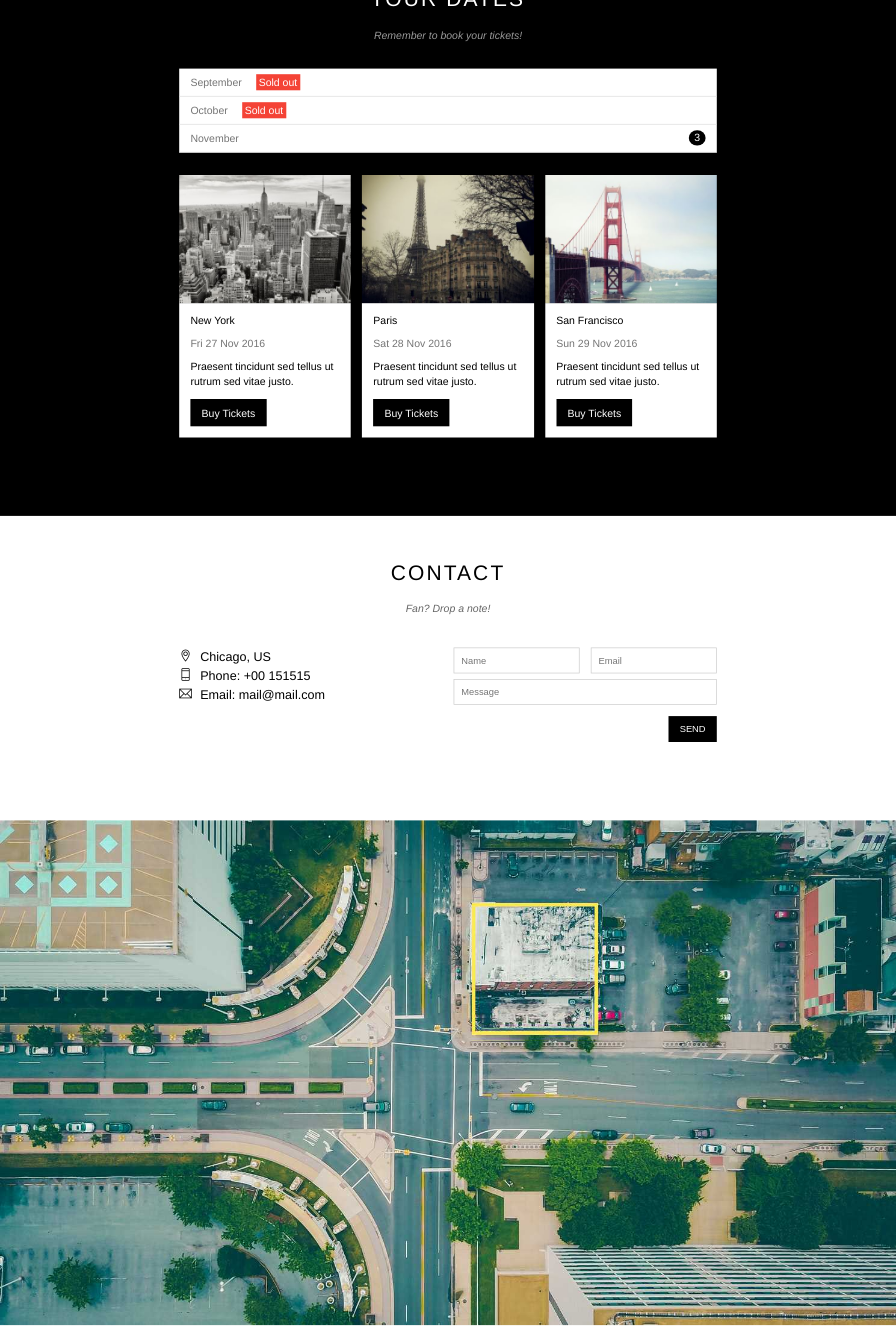
Repository: qhoa25623/The-Band
Page: index.html
An editor plug-in stored every save of this project. The page is shown before and after the next save, followed by the edit.
The browser window is 1280 px wide. The pictures show the part of the page from y = 1430 to 3350 px (the page is 3516 px tall before and 4585 px after), at 70% of full size.

Above is the page before, as saved 2022-05-06 23:33:36.

### index.html
<!DOCTYPE html>
<html lang="en">
  <head>
    <meta charset="UTF-8" />
    <meta http-equiv="X-UA-Compatible" content="IE=edge" />
    <meta name="viewport" content="width=device-width, initial-scale=1.0" />
    <title>The Band</title>
    <link rel="stylesheet" href="./assets/css/styles.css" />
    <link rel="stylesheet" href="./assets/css/responsive.css" />
    <link
      rel="stylesheet"
      href="./assets/fonts/themify-icons/themify-icons.css"
    />
  </head>
  <body>
    <div id="main">
      <div id="header">
        <ul id="nav">
          <li><a href="#">Home</a></li>
          <li><a href="#band">Band</a></li>
          <li><a href="#tour">Tour</a></li>
          <li><a href="#contact">Contact</a></li>
          <li>
            <a href="#">
              More
              <i class="nav-arrow-down ti-angle-down"></i>
            </a>
            <ul class="subnav">
              <li><a href="#">Merchandise</a></li>
              <li><a href="#">Extras</a></li>
              <li><a href="#">Media</a></li>
            </ul>
          </li>
        </ul>
        <div class="search-btn">
          <i class="search-icon ti-search"></i>
        </div>

        <div id="mobile-menu" class="mobile-menu-btn">
          <i class="menu-icon ti-menu"></i>
        </div>
      </div>
      <div id="slider">
        <div class="text-content">
          <h2 class="text-heading">Chicago</h2>
          <div class="text-description">
            Thank you, Chicago - A night we won't forget
          </div>
        </div>
      </div>
      <div id="content">
        <!-- About section-->
        <div id="band" class="content-section">
          <h2 class="section-heading">THE BAND</h2>
          <p class="section-sub-heading">We love music</p>
          <p class="about-text">
            We have created a fictional band website. Lorem ipsum dolor sit
            amet, consectetur adipiscing elit, sed do eiusmod tempor incididunt
            ut labore et dolore magna aliqua. Ut enim ad minim veniam, quis
            nostrud exercitation ullamco laboris nisi ut aliquip ex ea commodo
            consequat. Duis aute irure dolor in reprehenderit in voluptate velit
            esse cillum dolore eu fugiat nulla pariatur. Excepteur sint occaecat
            cupidatat non proident, sunt in culpa qui officia deserunt mollit
            anim id est laborum consectetur adipiscing elit, sed do eiusmod
            tempor incididunt ut labore et dolore magna aliqua. Ut enim ad minim
            veniam, quis nostrud exercitation ullamco laboris nisi ut aliquip ex
            ea commodo consequat.
          </p>
          <div class="row member-list">
            <div class="member-item col col-third text-center">
              <p class="member-name">Name</p>
              <img
                src="./assets/img/band/member1.jpg"
                alt="Name"
                class="member-img"
              />
            </div>
            <div class="member-item col col-third text-center">
              <p class="member-name">Name</p>
              <img
                src="./assets/img/band/member1.jpg"
                alt="Name"
                class="member-img"
              />
            </div>
            <div class="member-item col col-third text-center">
              <p class="member-name">Name</p>
              <img
                src="./assets/img/band/member1.jpg"
                alt="Name"
                class="member-img"
              />
            </div>
          </div>
        </div>

        <!-- Tour section-->
        <div id="tour" class="tour-section">
          <div class="content-section">
            <h2 class="section-heading text-white">TOUR DATES</h2>
            <p class="section-sub-heading text-white">
              Remember to book your tickets!
            </p>
            <ul class="tickets-list">
              <li>September <span class="sold-out">Sold out</span></li>
              <li>October <span class="sold-out">Sold out</span></li>
              <li>November <span class="quantity">3</span></li>
            </ul>
            <!-- Places-->
            <div class="row places-list">
              <div class="col col-third mt-16">
                <img
                  src="./assets/img/places/place1.jpg"
                  alt="New York"
                  class="place-img"
                />
                <div class="place-body">
                  <h3 class="place-heading">New York</h3>
                  <p class="place-time">Fri 27 Nov 2016</p>
                  <p class="place-desc">
                    Praesent tincidunt sed tellus ut rutrum sed vitae justo.
                  </p>
                  <a href="#" class="btn">Buy Tickets</a>
                </div>
              </div>

              <div class="col col-third mt-16">
                <img
                  src="./assets/img/places/place2.jpg"
                  alt="New York"
                  class="place-img"
                />
                <div class="place-body">
                  <h3 class="place-heading">Paris</h3>
                  <p class="place-time">Sat 28 Nov 2016</p>
                  <p class="place-desc">
                    Praesent tincidunt sed tellus ut rutrum sed vitae justo.
                  </p>
                  <a href="#" class="btn">Buy Tickets</a>
                </div>
              </div>

              <div class="col col-third mt-16">
                <img
                  src="./assets/img/places/place3.jpg"
                  alt="New York"
                  class="place-img"
                />
                <div class="place-body">
                  <h3 class="place-heading">San Francisco</h3>
                  <p class="place-time">Sun 29 Nov 2016</p>
                  <p class="place-desc">
                    Praesent tincidunt sed tellus ut rutrum sed vitae justo.
                  </p>
                  <a href="#" class="btn">Buy Tickets</a>
                </div>
              </div>
            </div>
          </div>
        </div>

        <!-- Begin: Contact section-->
        <div id="contact" class="content-section">
          <h2 class="section-heading">CONTACT</h2>
          <p class="section-sub-heading">Fan? Drop a note!</p>
          <div class="row contact-content">
            <div class="col col-half contact-info">
              <p><i class="ti-location-pin"></i>Chicago, US</p>
              <p><i class="ti-mobile"></i>Phone: +00 151515</p>
              <p><i class="ti-email"></i>Email: mail@mail.com</p>
            </div>
            <div class="col col-half contact-form">
              <form action="">
                <div class="row">
                  <div class="col col-half">
                    <input
                      type="text"
                      name=""
                      placeholder="Name"
                      required
                      id=""
                      class="form-control"
                    />
                  </div>
                  <div class="col col-half">
                    <input
                      type="email"
                      name=""
                      placeholder="Email"
                      required
                      id=""
                      class="form-control"
                    />
                  </div>
                </div>
                <div class="row mt-8">
                  <div class="col col-full">
                    <input
                      type="text"
                      name=""
                      placeholder="Message"
                      required
                      id=""
                      class="form-control"
                    />
                  </div>
                </div>
                <input
                  class="btn pull-right mt-16"
                  type="submit"
                  value="SEND"
                />
              </form>
            </div>
          </div>
        </div>
        <!-- End: Contact section-->
        <div class="map-section">
          <img src="./assets/img/map.jpg" alt="Map" />
        </div>
      </div>
      <div id="footer">
        <div class="socials-list">
          <a href=""><i class="ti-facebook"></i></a>
          <a href=""><i class="ti-instagram"></i></a>
          <a href=""><i class="ti-youtube"></i></a>
          <a href=""><i class="ti-pinterest"></i></a>
          <a href=""><i class="ti-twitter"></i></a>
          <a href=""><i class="ti-linkedin"></i></a>
        </div>
        <p class="copyright">Powered by <a href="">w3.css</a></p>
      </div>
    </div>
    <div class="modal">
      <div class="modal-container">
        <div class="modal-close">
          <i class="ti-close"></i>
        </div>
        <header class="modal-header">
          <i class="modal-heading-icon ti-bag"></i>
          Tickets
        </header>
        <div class="modal-body">
          <label for="ticket-quantity" class="modal-label">
            <i class="ti-shopping-cart"></i>
            Tickets, $15 per person
          </label>
          <input
            id="ticket-quantity"
            type="text"
            class="modal-input"
            placeholder="How many?"
          />

          <label for="ticket-email" class="modal-label">
            <i class="ti-user"> </i>
            Send to
          </label>
          <input id="ticket-emailtype="text" class="modal-input"
          placeholder="Enter email" />

          <button id="buy-tickets">
            Pay
            <i class="ti-check"></i>
          </button>
        </div>
        <footer class="modal-footer">
          <p class="modal-help">Need <a href="">help?</a></p>
        </footer>
      </div>
    </div>
    <script>
      var header = document.getElementById("header");
      var mobileMenu = document.getElementById("mobile-menu");
      var headerHeight = header.clientHeight;

      // Đóng mở Mobile menu
      mobileMenu.onclick = function () {
        var isClosed = header.clientHeight === headerHeight;
        if (isClosed) {
          header.style.height = "auto";
        } else {
          header.style.height = null;
        }
      };

      // Tự động đóng khi chọn Menu
      var menuItems = document.querySelectorAll('#nav li a[href*="#"]');
      for (var i = 0; i < menuItems.length; i++) {
        var menuItem = menuItems[i];

        menuItem.onclick = function (event) {
          var isParentMenu =
            this.nextElementSibling &&
            this.nextElementSibling.classList.contains("subnav");
          if (isParentMenu) {
            event.preventDefault();
          } else {
            header.style.height = null;
          }
        };
      }
    </script>
  </body>
</html>

### assets/css/styles.css
/* Reset CSS */
* {
  padding: 0;
  margin: 0;
  box-sizing: border-box;
}
html {
  scroll-behavior: smooth;
  font-family: Helvetica, Arial, sans-serif;
}
.clear {
  clear: both;
}
.text-white {
  color: #fff !important;
}
.text-center {
  text-align: center !important;
}
.pull-right {
  float: right;
}
.btn {
  color: #fff;
  background-color: #000;
  text-decoration: none;
  display: inline-block;
  margin-top: 15px;
  padding: 11px 16px;
  border: none;
}
.btn:hover {
  cursor: pointer;
  color: #000;
  background-color: #ccc;
}
.mt-8 {
  margin-top: 8px !important;
}
.mt-16 {
  margin-top: 16px !important;
}
.row {
  margin-left: -8px;
  margin-right: -8px;
}
.row::after {
  content: "";
  display: block;
  clear: both;
}
.col {
  padding-left: 8px;
  padding-right: 8px;
  float: left;
}
.col-full {
  width: 100%;
}
.col-half {
  width: 50%;
}
.col-third {
  width: calc(100% / 3);
}
#main {
}
#header {
  position: fixed;
  top: 0;
  left: 0;
  right: 0;
  height: 46.5px;
  background-color: #000;
  z-index: 1;
  overflow: hidden;
}
#nav {
  display: inline-block;
}
#nav,
.subnav {
  list-style-type: none;
}
#nav > li {
  display: inline-block;
}
#nav li {
  position: relative;
}
#nav > li > a {
  color: #fff;
  text-transform: uppercase;
}
#nav li a {
  text-decoration: none;
  line-height: 46.5px;
  padding: 0 24px;
  display: block;
}
#nav li:hover .subnav {
  display: block;
}
#nav > li:hover > a,
#nav .subnav li:hover a {
  color: #000;
  background-color: #ccc;
}
#nav .subnav {
  min-width: 160px;
  top: 100%;
  left: 0;
  display: none;
  position: absolute;
  background-color: #fff;
  box-shadow: 0 0 10px rgba(0, 0, 0, 0.3);
}
#nav .subnav a {
  color: #000;
  padding: 0 16px;
  line-height: 38.5px;
}
#nav .nav-arrow-down {
  font-size: 14px;
}
#header .mobile-menu-btn{
  position:absolute;
  top: 0;
  right: 0;
  display:none;
}
#header .mobile-menu-btn,
#header .search-btn {
  float: right;
  padding: 0 21px;
}
#header .search-btn:hover {
  cursor: pointer;
  background-color: #f44336;
}
#header .mobile-menu-btn:hover {
  background-color: #ccc;
}
#header .mobile-menu-btn:hover .menu-icon {
  color: #000;
}
#header .menu-icon,
#header .search-icon {
  color: #fff;
  font-size: 20px;
  line-height: 46.5px;
}
#slider {
  position: relative;
  margin-top: 46.5px;
  padding-top: 50%;
  background: url("/assets/img/slider/slider1.jpg") top center / cover no-repeat;
}
#slider .text-content {
  position: absolute;
  bottom: 47px;
  color: #fff;
  left: 50%;
  transform: translateX(-50%);
  text-align: center;
}
#slider .text-heading {
  font-weight: 500;
  font-size: 24px;
}
#slider .text-description {
  font-size: 15px;
  margin-top: 25px;
}
#content {
}
#content .content-section {
  width: 800px;
  max-width: 100%;
  padding: 64px 0 112px;
  margin-left: auto;
  margin-right: auto;
  padding-left: 16px;
  padding-right: 16px;
}
#content .section-heading {
  font-weight: 500;
  text-align: center;
  font-size: 30px;
  letter-spacing: 3px;
}
#content .section-sub-heading {
  text-align: center;
  font-size: 15px;
  margin-top: 25px;
  font-style: italic;
  opacity: 0.6;
}
#content .about-text {
  font-size: 15px;
  margin-top: 25px;
  text-align: justify;
  line-height: 1.4;
}
#content .member-list {
  margin-top: 47px;
}
#content .member-name {
  font-size: 15px;
}
#content .member-img {
  margin-top: 15px;
  width: 154px;
  border-radius: 4px;
}

.tour-section {
  background: #000;
}
.tickets-list {
  background-color: #fff;
  list-style: none;
  margin-top: 40px;
}
.tickets-list li {
  color: rgb(117, 117, 117);
  font-size: 15px;
  padding: 11px 16px;
  border-bottom: 1px solid rgb(221, 221, 221);
}
.tickets-list .sold-out {
  color: #ffffff;
  background-color: #f44336;
  padding: 3px 4px;
  margin: 0 0 0 16px;
}
.tickets-list .quantity {
  float: right;
  width: 24px;
  height: 22.5px;
  background-color: #000;
  border-radius: 50%;
  text-align: center;
  color: #fff;
  line-height: 22.5px;
  margin-top: -3px;
}
.places-list {
  margin-top: 16px;
}
.place-img {
  width: 100%;
  display: block;
}
.place-img:hover {
  opacity: 0.6;
}
.place-body {
  background-color: #fff;
  padding: 16px 16px;
  font-size: 15px;
}
.place-heading {
  font-size: 15px;
  font-weight: 550;
}
.place-time {
  margin-top: 15px;
  color: #757575;
}
.place-desc {
  margin-top: 15px;
  line-height: 1.4;
}

.modal {
  position: fixed;
  top: 0;
  right: 0;
  left: 0;
  bottom: 0;
  background: rgba(0, 0, 0, 0.4);
  display: none;
  align-items: center;
  justify-content: center;
}
.modal-container {
  background: #fff;
  width: 900px;
  min-height: 200px;
  position: relative;
  max-width: calc(100%-32px);
}

.modal-header {
  background: #009688;
  height: 130px;
  display: flex;
  align-items: center;
  justify-content: center;
  font-size: 30px;
  color: #fff;
}
.modal-heading-icon {
  margin-right: 16px;
}
.modal-close {
  position: absolute;
  right: 0;
  top: 0;
  color: #fff;
  padding: 16px;
  cursor: pointer;
}
.modal-close:hover {
  color: #000;
  background-color: #ccc;
}
.modal-body {
  padding: 16px;
}
.modal-label {
  display: block;
  margin-bottom: 15px;
}
.modal-input {
  border: 1px solid #ccc;
  width: 100%;
  font-size: 15px;
  padding: 10px;
  margin-bottom: 15px;
}
#buy-tickets {
  background-color: #009688;
  border: none;
  font-size: 15px;
  color: #fff;
  width: 100%;
  text-transform: uppercase;
  padding: 18px;
  cursor: pointer;
}
#buy-tickets:hover {
  color: #000;
  background-color: #ccc;
}
.contact-content {
  margin-top: 48px;
}
.contact-info {
  font-size: 18px;
  line-height: 1.5;
}
.contact-info i[class*="ti-"] {
  display: inline-block;
  width: 30px;
}
.contact-form {
  font-size: 15px;
}
.contact-form .form-control {
  padding: 10px;
  border: 1px solid #ccc;
  width: 100%;
  outline: none;
}
.map-section img {
  width: 100%;
}
.modal-footer {
  padding: 16px;
  text-align: right;
}
.modal-footer a {
  color: #2196f3;
}
#footer {
  padding: 64px 16px;
  text-align: center;
}
#footer .socials-list {
  font-size: 24px;
}
#footer .socials-list a {
  color: rgba(0, 0, 0, 0.6);
  text-decoration: none;
}
#footer .copyright a:hover,
#footer .socials-list a:hover {
  color: rgba(0, 0, 0, 0.4);
}
#footer .copyright {
  margin-top: 15px;
  color: rgba(0, 0, 0, 0.6);
}
#footer .copyright a {
  color: rgba(0, 0, 0, 0.6);
}

### assets/css/responsive.css
/* PC */
@media (min-width: 1024px) {
}

/* Tablet */
@media (min-width: 740px) and (max-width: 1023px) {
}
/* Mobile */
@media (max-width: 739px) {
  #header {
    overflow: hidden;
  }
  #header .mobile-menu-btn {
    display: block;
  }
  #header .search-btn {
    display: none;
  }
  #nav {
    display: block;
  }
  #nav li a {
    padding: 1px 24px;
  }
  #nav > li {
    display: block;
  }
  #nav > li:first-child {
    display: inline-block;
  }
  #nav .subnav {
    position: initial;
    background-color: #333;
  }
  #nav .subnav a {
    color: #fff;
    padding: 5px 41px;
  }
  #content .member-item{
    margin-top:30px;
    width:100%;
  }
  #content .member-img{
    width:60%;
  }
}

Loaded but not shown: assets/fonts/themify-icons/themify-icons.css (common file)

After the next save:
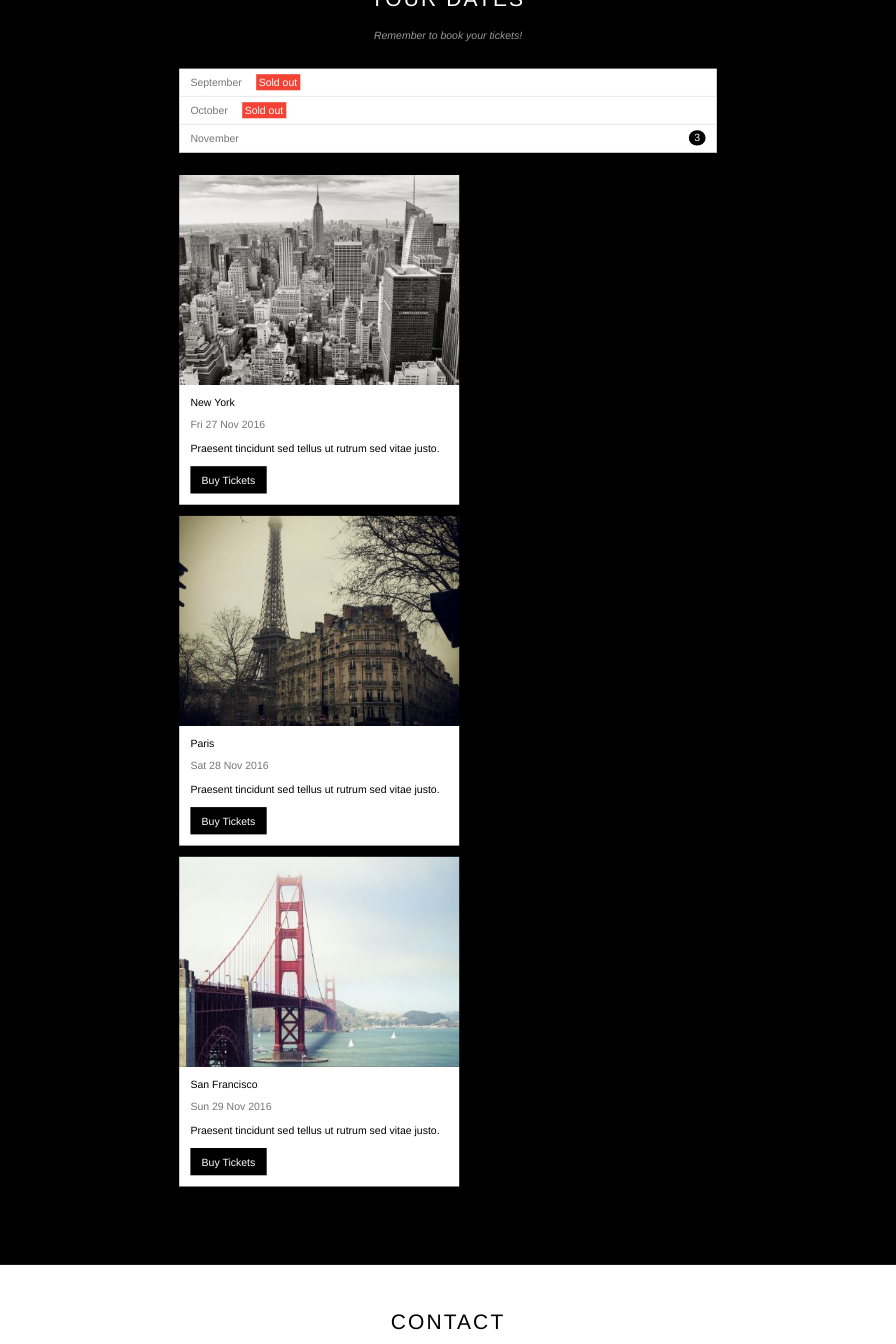
Saved 3 min 3 s later.
--- a/index.html
+++ b/index.html
@@ -108,7 +108,7 @@
             </ul>
             <!-- Places-->
             <div class="row places-list">
-              <div class="col col-third mt-16">
+              <div class="col   mt-16">
                 <img
                   src="./assets/img/places/place1.jpg"
                   alt="New York"
@@ -124,7 +124,7 @@
                 </div>
               </div>
 
-              <div class="col col-third mt-16">
+              <div class="col   mt-16">
                 <img
                   src="./assets/img/places/place2.jpg"
                   alt="New York"
@@ -140,7 +140,7 @@
                 </div>
               </div>
 
-              <div class="col col-third mt-16">
+              <div class="col   mt-16">
                 <img
                   src="./assets/img/places/place3.jpg"
                   alt="New York"

After the save that followed:
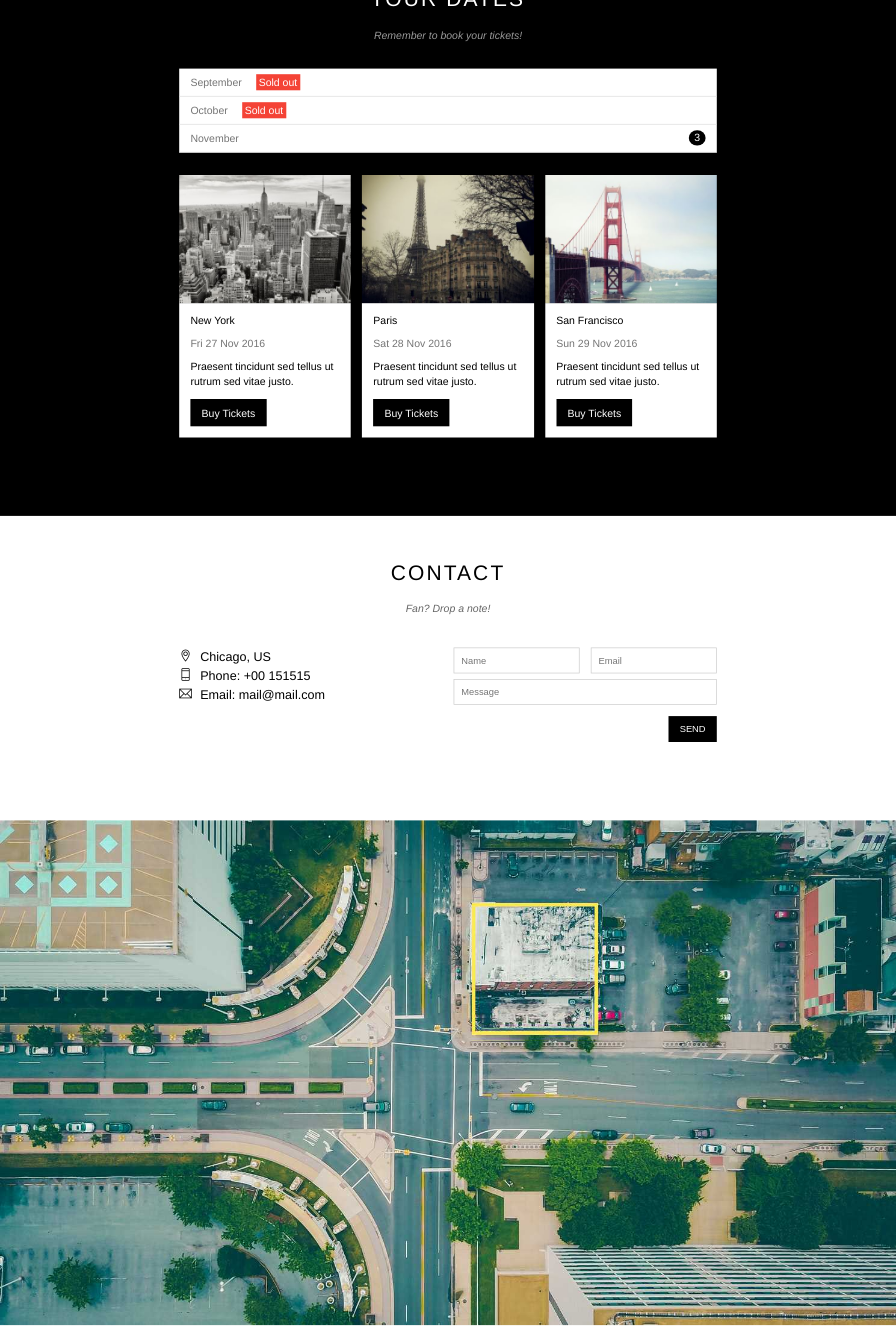
Saved 11 s later.
--- a/index.html
+++ b/index.html
@@ -108,7 +108,7 @@
             </ul>
             <!-- Places-->
             <div class="row places-list">
-              <div class="col   mt-16">
+              <div class="col col-third s-col-full mt-16">
                 <img
                   src="./assets/img/places/place1.jpg"
                   alt="New York"
@@ -124,7 +124,7 @@
                 </div>
               </div>
 
-              <div class="col   mt-16">
+              <div class="col col-third s-col-full mt-16">
                 <img
                   src="./assets/img/places/place2.jpg"
                   alt="New York"
@@ -140,7 +140,7 @@
                 </div>
               </div>
 
-              <div class="col   mt-16">
+              <div class="col col-third s-col-full mt-16">
                 <img
                   src="./assets/img/places/place3.jpg"
                   alt="New York"
